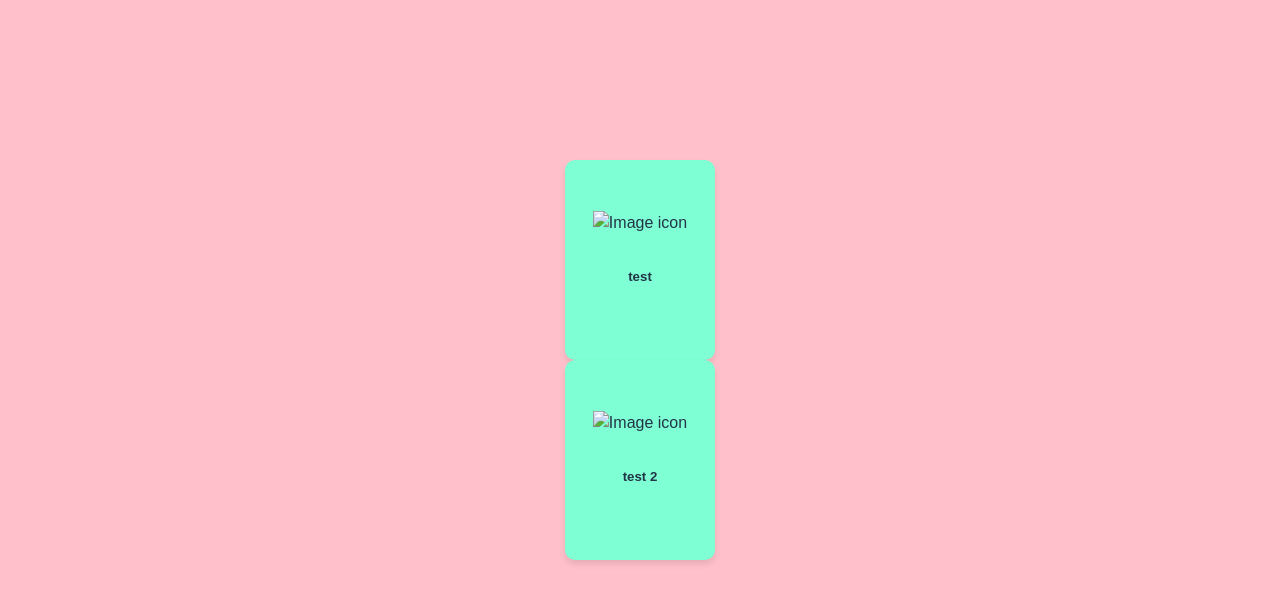
Repository: DaneJuswa/LearningReact
Page: / (app in reactProject/)
The author's editor kept a copy of each file at every save. The page is drawn from the files as they stood at one save, then again after the next save.
The browser window is 1280 px wide. The pictures show the whole page.
The project was rebuilt for these pictures with package versions that can differ from the ones it lists, and the page was loaded fresh each time. Also part of the build but not shown: reactProject/vite.config.js.

Above is the page before, as saved 2025-09-11 22:28:32.

### reactProject/src/main.jsx
import { StrictMode } from 'react'
import { createRoot } from 'react-dom/client'
import Cards from './Cards.jsx'
import './index.css'


createRoot(document.getElementById('root')).render(
  <StrictMode>
    <Cards name="test"/>
    <Cards name="test 2"/>
  </StrictMode>,
)

### reactProject/src/Cards.jsx

import './App.css'

function Cards(props){
    return(
        <div className="card-container">
            <img src="" alt="Image icon" />
            <h5>{props.name}</h5>
        </div>
    );
}

export default Cards;

### reactProject/src/App.css
body {
  width: 100%;
  display: flex;
   flex-direction: row;
  justify-content: center;
  align-items: center;
  min-height: 100vh; /* make sure it's vertically centered */
  background-color: pink;
  margin: 0; /* remove default spacing */
}

.card-container {
  width: 150px;
  height: 200px;
  background-color: aquamarine;
  border-radius: 10px; /* rounded corners */
  box-shadow: 0 4px 6px rgba(0,0,0,0.1); /* subtle shadow */
  display: flex;
  flex-direction: column;
  justify-content: center;
  align-items: center;
  font-family: sans-serif;
  gap: 10px; /* spacing between image & text */
}

Loaded but not shown: reactProject/index.html (common file); reactProject/src/index.css (common file)

After the next save:
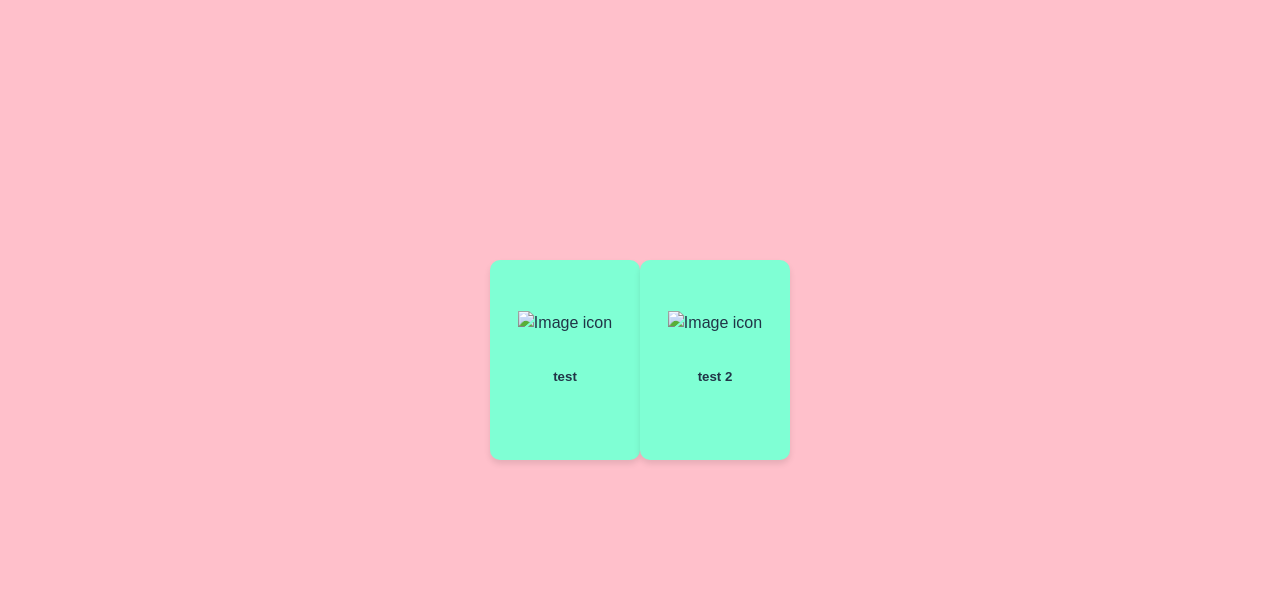
Saved 38 s later.
--- a/reactProject/src/App.css
+++ b/reactProject/src/App.css
@@ -1,4 +1,4 @@
-body {
+#root {
   width: 100%;
   display: flex;
    flex-direction: row;

After the 2 saves that followed:
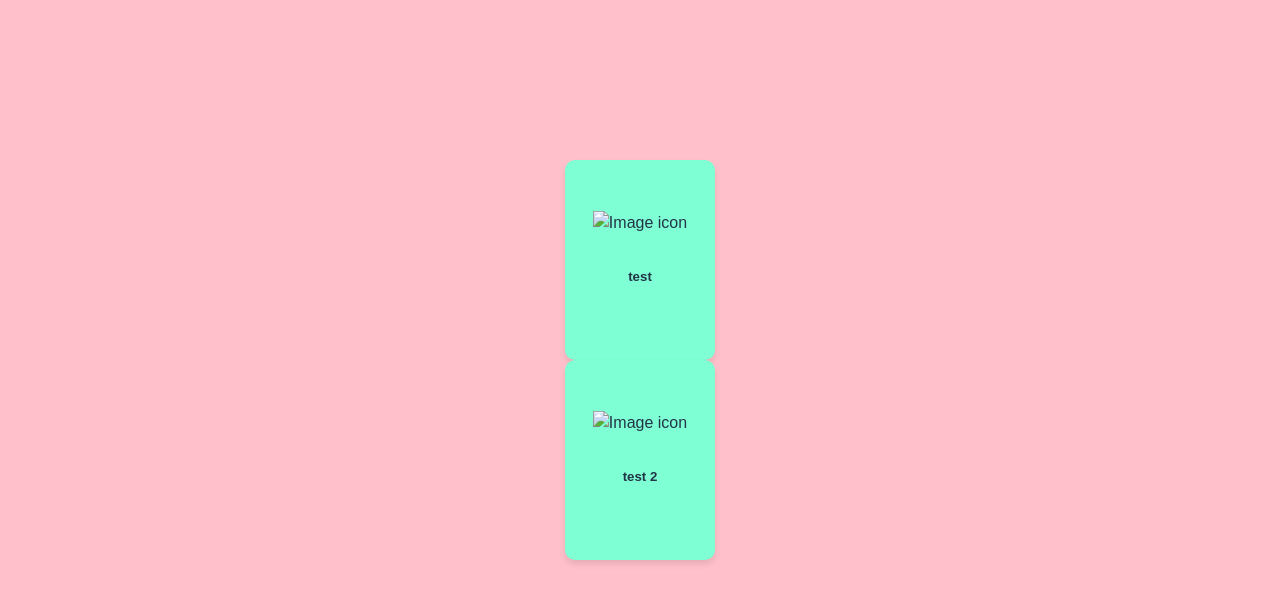
The 2 saves are shown as one change because they came seconds apart.
The last was saved 12 s later.
--- a/reactProject/src/App.css
+++ b/reactProject/src/App.css
@@ -1,7 +1,7 @@
 #root {
   width: 100%;
   display: flex;
-   flex-direction: row;
+   flex-direction: column ;
   justify-content: center;
   align-items: center;
   min-height: 100vh; /* make sure it's vertically centered */
